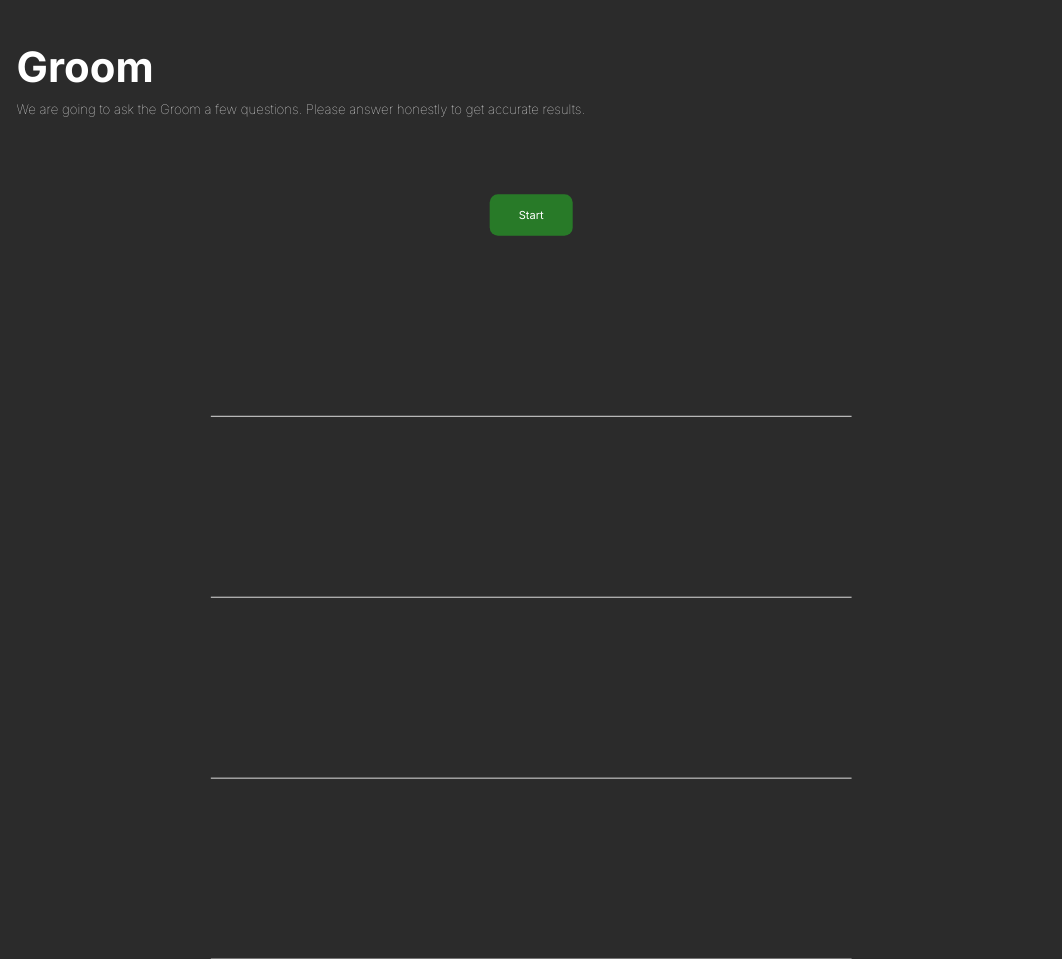
Repository: devhabeeblateef/tictactoe
Page: /
These files come from the project's save history. The page is drawn as it stood at one moment and after a run of saves; the edit follows.
The browser window is 1280 px wide. The pictures show the whole page, at 83% of full size.
The project was rebuilt for these pictures with package versions that can differ from the ones it lists, and the page was loaded fresh each time. Also part of the build but not shown: src/App.css.

Above is the page before, as saved 2022-06-17 01:56:33.

### src/App.js
import logo from './logo.svg';
import './App.css';
import Form from './Form';

function App() {
  return (
    <div>
      <Form/>
    </div>
  );
}

export default App;

### src/Form.js
import React, {useState, useRef} from 'react'
import classes from './Home.module.css'
import Myform from './Myform'

function Form() {
    const [started, setStarted] = useState(true)
    const [asnwers, setAnswers] = useState(Array(9).fill(null))
    const answer = useRef()
    const maleQuestions = ["What is your Genotype?", "What is your Blood Group",
"How Tall are you?", "Are you FAT?"]
    const start = () => {
        setStarted(false)
    }

  return (
    <div>
        <h1 className={classes.home__header}>
            Groom
        </h1>
        <p className={classes.home__info}>
        We are going to ask the Groom a few questions.
        Please answer honestly to get accurate results.
        </p>
        <center>
        {started ? <button onClick={start} className={classes.start}>
        Start</button> : ""}
        {started ? <div>
            <Myform/>
            <Myform/>
            <Myform/>
            <Myform/>

        </div> : ""}
        </center>
    </div>
  )
}

export default Form

### src/Home.module.css
@import url('https://fonts.googleapis.com/css2?family=Inter:wght@100;200;300;400;500;600;700;800;900&display=swap');

body
{
    background-color: #2b2b2b;
    color: #fff;
}

.home__header
{
    margin:50px 20px;
    font-size: 5ch;
    font-family: 'Inter', sans-serif;
    font-weight: bold;
}

.home__info
{
    font-family: 'Inter', sans-serif;
    font-weight: 100;
    margin: -40px 20px;
}

img
{
    width: 350px;
}

.button
{
    margin: 50px 20px;
}


.button__one
{
    background-color: #23A6FD;
    border-radius: 60px;
    border: none;
    padding:8px 30px;
    color: white;
    margin-right: 10px;
    font-family: 'Montserrat', sans-serif;
    cursor: pointer;
}

.button__two
{
    margin-left: 10px;
    background-color: transparent;
    border-radius: 60px;
    padding: 8px 30px;
    border: 2px solid #fff;
    color: white;
    font-family: 'Montserrat', sans-serif;
    cursor: pointer;
}

@media (max-width:400px){
.button__two
{
    margin: 20px 0;
    border-radius: 60px;

}
}

a
{
    color: #fff;
    text-decoration: none;
}

a:hover
{
    color: white;
}

.start
{
    background-color: rgb(40, 122, 40);
    border: none;
    color: #fff;
    border-radius: 10px;
    padding: 10px;
    width: 100px;
    font-family: 'Inter', sans-serif;
    height: 50px;
    margin-top: 10em;
}

.questions
{
    margin-top: 200px;
    background: none;
    border: none;
    border-bottom: 1px solid #fff;
    width: 60%;
    outline: none;
    color: #fff;
    text-align: center;
}

### src/Myform.js
import React from 'react'
import classes from './Home.module.css'

function Myform({placeholder}) {
  return (
    <div>
    <form>
        <input className={classes.questions} placeholder={placeholder} />
    </form>
    </div>
  )
}

export default Myform

Loaded but not shown: src/index.js (common file); src/index.css (common file); src/reportWebVitals.js (common file)

After the next 5 saves:
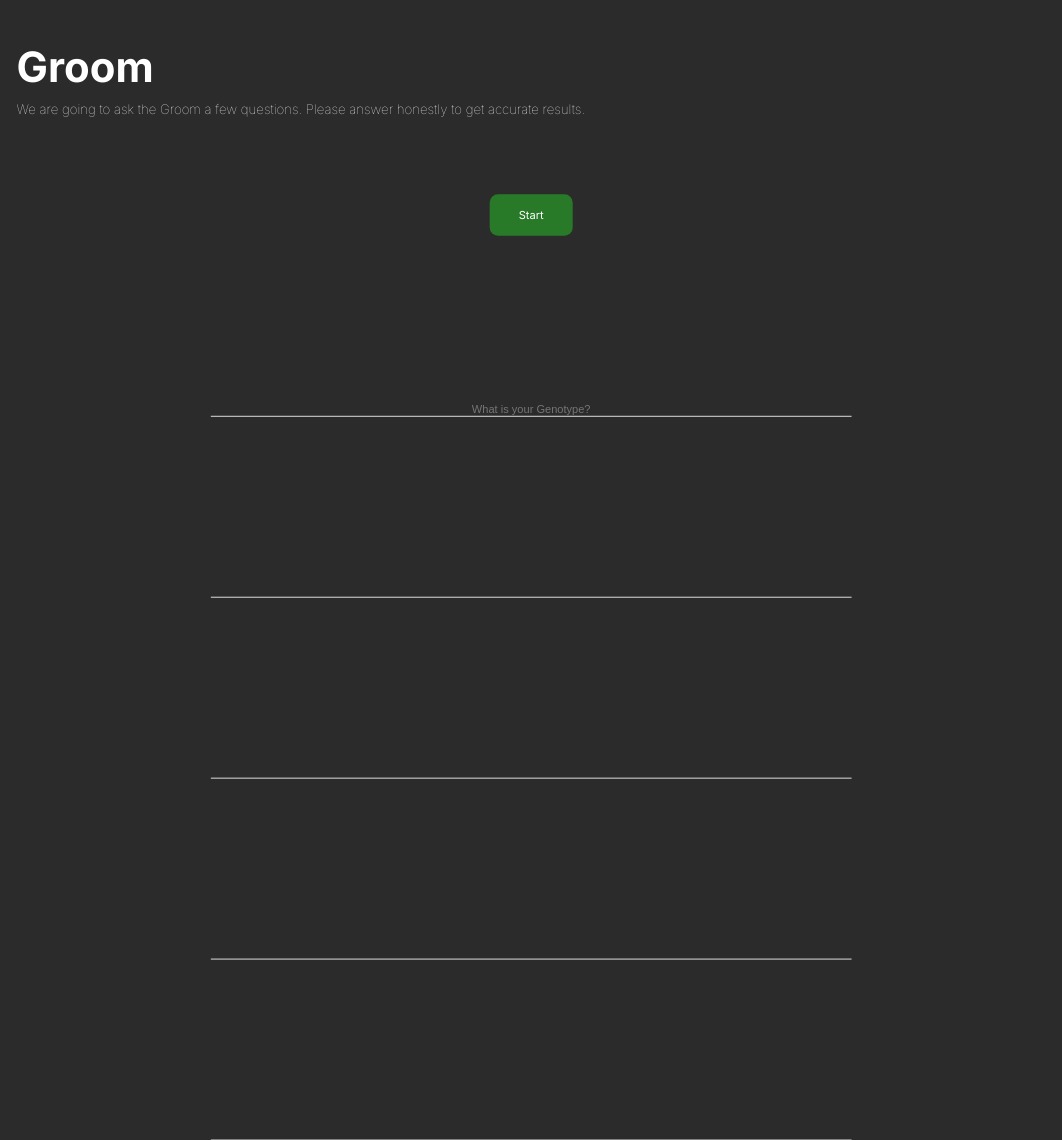
The 5 saves are shown as one change because 2 did not build or start and some came seconds apart.
The last was saved 19 s later.
--- a/src/Form.js
+++ b/src/Form.js
@@ -25,11 +25,11 @@ function Form() {
         {started ? <button onClick={start} className={classes.start}>
         Start</button> : ""}
         {started ? <div>
+            <Myform placeholder={maleQuestions[0]}/>
             <Myform/>
             <Myform/>
             <Myform/>
             <Myform/>
-
         </div> : ""}
         </center>
     </div>
